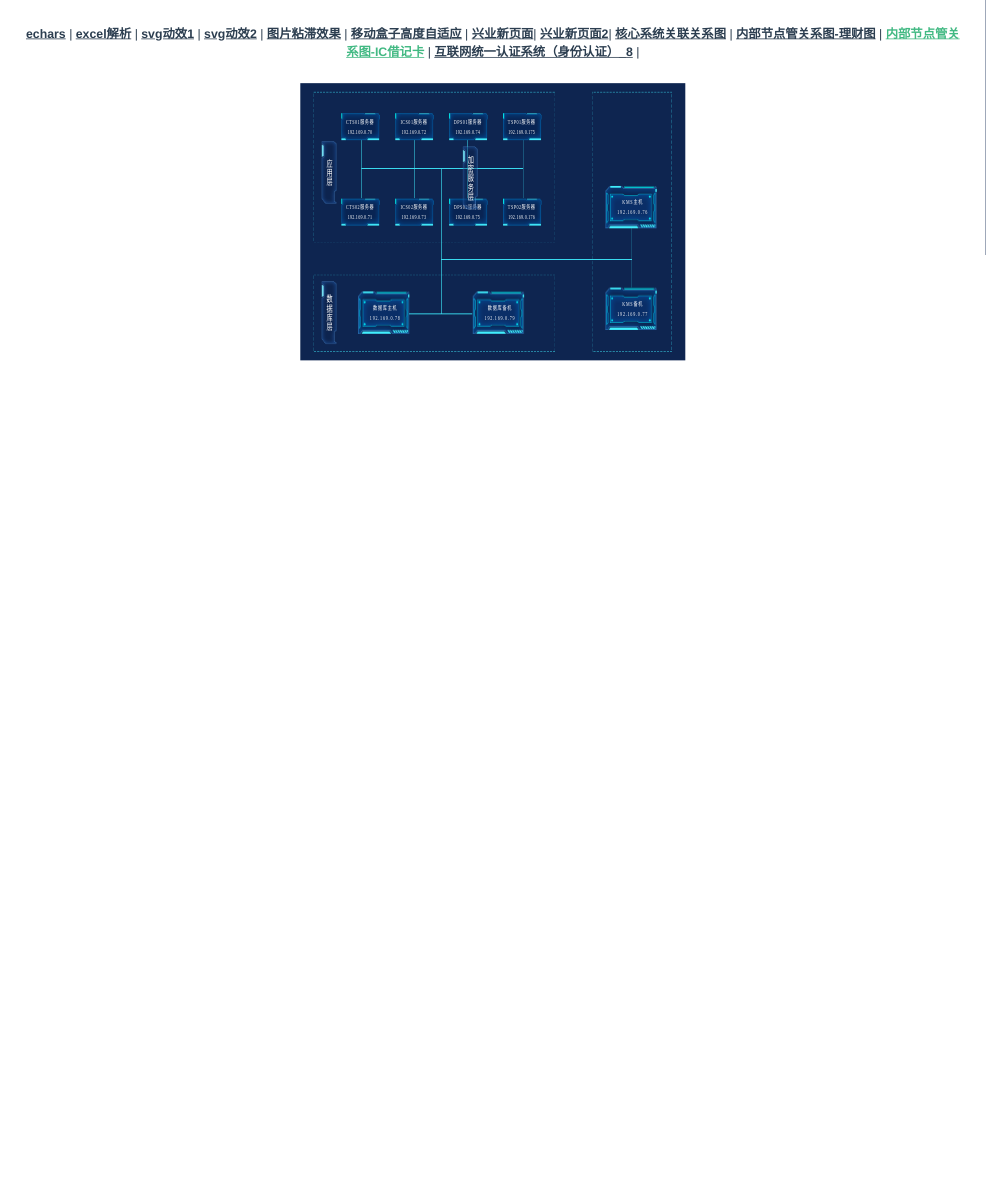
Repository: dmj199811/animation-dmj
Page: /#/work-page7
The author's editor kept a copy of each file at every save. The page is drawn from the files as they stood at one save, then again after the next save.
The browser window is 1280 px wide. The pictures show the whole page, at 77% of full size.
The project was rebuilt for these pictures with package versions that can differ from the ones it lists, and the page was loaded fresh each time.

Above is the page before, as saved 2020-07-05 14:33:27.

### src/App.vue
<template>
  <div id="app">
    <div id="nav"
         v-if="this.$store.state.pageShow">
      <router-link to="/">echars</router-link> |
      <router-link to="/xlsx-example">excel解析</router-link> |
      <router-link to="/svg-example1">svg动效1</router-link> |
      <router-link to="/svg-example2">svg动效2</router-link> |
      <router-link to="/work-message">图片粘滞效果</router-link> |
      <router-link to="/work-page2">移动盒子高度自适应</router-link> |
      <router-link to="/work-page3">兴业新页面</router-link>|
      <router-link to="/work-page4">兴业新页面2</router-link>|
      <router-link to="/work-page5">核心系统关联关系图</router-link> |
      <router-link to="/work-page6">内部节点管关系图-理财图</router-link> |
      <router-link to="/work-page7">内部节点管关系图-IC借记卡</router-link> |
      <router-link to="/work-page8">互联网统一认证系统（身份认证）_8</router-link> |
    </div>
    <router-view />
  </div>
</template>

<style lang="less">
body {
  margin: 0;
}
#app {
  font-family: Avenir, Helvetica, Arial, sans-serif;
  -webkit-font-smoothing: antialiased;
  -moz-osx-font-smoothing: grayscale;
  text-align: center;
  color: #2c3e50;
}

#nav {
  padding: 30px;

  a {
    font-weight: bold;
    color: #2c3e50;

    &.router-link-exact-active {
      color: #42b983;
    }
  }
}
</style>

### src/router/index.js
import Vue from 'vue'
import VueRouter from 'vue-router'

Vue.use(VueRouter)

const routes = [
  {
    path: '/',
    redirect: '/circle-echarts',
  },
  {
    path: '/circle-echarts',
    name: 'ani2',
    component: () => import('../views/circle-echarts/index.vue')
  },
  {
    path: '/xlsx-example',
    name: 'xlsx1',
    component: () => import('../views/xlsx1/index.vue')
  },
  {
    path: '/svg-example1',
    name: 'svg1',
    component: () => import('../views/svg1/index.vue')
  },
  {
    path: '/svg-example2',
    name: 'svg2',
    component: () => import('../views/svg2/index.vue')
  },
  {
    path: '/work-message',
    name: 'message1',
    component: () => import('../views/work/message/index.vue')
  },
  {
    path: '/work-page2',
    name: 'show1',
    component: () => import('../views/work/show1/index.vue')
  },
  {
    path: '/work-page3',
    name: 'show2',
    component: () => import('../views/newPage/index.vue')
  },
  {
    path: '/work-page4',
    name: 'show2',
    component: () => import('../views/newPage2/index.vue')
  },
  {
    path: '/work-page5',
    name: 'show3',
    component: () => import('../views/newPage3/index.vue')
  },
  {
    path: '/work-page6',
    name: 'show4',
    component: () => import('../views/newPage4/index.vue')
  },
  {
    path: '/work-page7',
    name: 'show5',
    component: () => import('../views/newPage5/index.vue')
  },
  {
    path: '/work-page8',
    name: 'show6',
    component: () => import('../views/newPage6/index.vue')
  },
]

const router = new VueRouter({
  routes
})

export default router

### src/views/newPage5/index.vue
<template>
  <div class="box">
    <div class="use-box">
      <div class="use-box-bg">


        <div class="deal-server pos1">
            <div class="deal-server-item">
              <div>CTS01服务器</div>
              <div>192.169.0.70</div>
            </div>
        </div>
        <div class="deal-server pos2">
          <div class="deal-server-item">
            <div>CTS02服务器</div>
            <div>192.169.0.71</div>
          </div>
        </div>
        <div class="deal-server pos3">
            <div class="deal-server-item">
              <div>ICS01服务器</div>
              <div>192.169.0.72</div>
            </div>
          </div>
        <div class="deal-server pos4">
            <div class="deal-server-item">
              <div>ICS02服务器</div>
              <div>192.169.0.73</div>
            </div>
          </div>
        <div class="deal-server pos5">
            <div class="deal-server-item">
              <div>DPS01服务器</div>
              <div>192.169.0.74</div>
            </div>
        </div>
        <div class="deal-server pos6">
            <div class="deal-server-item">
              <div>DPS02服务器</div>
              <div>192.169.0.75</div>
            </div>
        </div>
        <div class="deal-server pos7">
            <div class="deal-server-item">
              <div>TSP01服务器</div>
              <div>192.169.0.175</div>
            </div>
        </div>
        <div class="deal-server pos8">
            <div class="deal-server-item">
              <div>TSP02服务器</div>
              <div>192.169.0.176</div>
            </div>
        </div>

        <!-- 数据库主机 -->
        <div class="db-device">
          <div class="batch batch-pos1">
            <div class="batch-item ">
              <div>数据库主机</div>
              <div>192.169.0.78</div>
            </div>
          </div>
          <div class="batch batch-pos2">
            <div class="batch-item ">
              <div>数据库备机</div>
              <div>192.169.0.79</div>
            </div>
          </div>
          <div class="batch batch-pos3">
            <div class="batch-item ">
              <div>KMS主机</div>
              <div>192.169.0.76</div>
            </div>
          </div>
          <div class="batch batch-pos4">
            <div class="batch-item ">
              <div>KMS备机</div>
              <div>192.169.0.77</div>
            </div>
          </div>
        </div>

        <!-- 层 -->
        <div class="layer-all">
          <div class="layer layer-pos1">
            <div class="layer-item">
              <div>应用层</div>
            </div>
          </div>
          <div class="layer layer-pos2">
            <div class="layer-item">
              <div>数据库层</div>
            </div>
          </div>
          <div class="layer layer-pos3">
            <div class="layer-item">
              <div>加密服务层</div>
            </div>
          </div>
        </div>

      </div>
    </div>
  </div>
</template>
<script>
export default {
  data () {
    return {}
  },
  mounted () {
    this.fullScreen()
    let a = {
      'ATM系统': 'N',
      '网上银行域': 'E',
      'IC借记卡系统': 'N',
      'CFP系统': 'W',
      '电话银行域': 'E',
      '金卡系统': 'N',
      '零售信贷系统': 'W',
      '联机交易转发平台': 'N',
      '核心联机交易平台': 'E',
      'OFEP': 'W',
      '会计辅助管理系统': 'W',
      '业务策略管控平台': 'E',
      '历史检索系统': 'N',
      '企业数据集成平台': 'N',
      '银联数据综合前置系统': 'E',
      '理财卡外包制卡系统': 'W',
      '数据仓库系统': 'E',
      '统一报表系统': 'W',
      '企业CRM系统': 'N'
    }

    this.dataToArray(a)
    window.onresize = () => {
      this.fullScreen()
    }
  },
  methods: {
    fullScreen () {
      $('.box').css('transform', `scale(${document.documentElement.clientWidth / 3840},${document.documentElement.clientHeight / 1440})`)
    },
    dataToArray (data) {

    }
  }
}
</script>
<style lang="less" scoped>
.box {
  text-align: left;
  transform-origin: 0 0;
  width: 3840px;
  height: 1440px;
}
.use-box {
  font-size: 18px;
  width: 1500px;
  box-sizing: border-box;
  height: 720px;
  background: #0e2550;
  margin: 0 auto;
  color: white;
}
.use-box div {
  box-sizing: border-box;
}

.use-box-bg {
  width:  100%;
  height: 100%;
  background-image: url(./img/bg-line1.png);
  background-size: 100% 100%;
  position: relative;
}
.deal-server {
  width:  150px;
  height: 70px;
  background-image: url(./img/leftBlue.png);
  background-size: 100% 100%;
  overflow: hidden;


}

.deal-server-item {
  // width:192px;
  // height:60px;
  font-size:16px;
  font-family:Adobe Heiti Std;
  font-weight:normal;
  color:rgba(255,255,255,1);
  line-height:25px;
  letter-spacing: 2px;
  text-align: center;
  margin-top: 10px;
  margin-left: -5px;
}

.deal-server-item > div:nth-child(2) {
  letter-spacing: 1px;
}
.pos1 {
  position: absolute;
  top: 78px;
  left: 160px;
}
.pos2 {
  position: absolute;
  top: 300px;
  left: 160px;
}
.pos3 {
  position: absolute;
  top: 78px;
  left: 370px;
}
.pos4 {
  position: absolute;
  top: 300px;
  left: 370px;
}
.pos5 {
  position: absolute;
  top: 78px;
  left: 580px;
}
.pos6 {
  position: absolute;
  top: 300px;
  left: 580px;
}
.pos7 {
  position: absolute;
  top: 78px;
  left: 790px;
}
.pos8 {
  position: absolute;
  top: 300px;
  left: 790px;
}

.batch {
  width:  200px;
  height: 110px;
  background-image: url(./img/rightBlue.png);
  background-size: 100% 100%;
  overflow: hidden;
}

.batch-item {
  width:192px;
  height:60px;
  font-size:16px;
  font-family:Adobe Heiti Std;
  font-weight:normal;
  color:rgba(255,255,255,1);
  line-height:25px;
  letter-spacing: 3px;
  text-align: center;
  margin-top: 30px;
  margin-left: 10px;
}

.batch-pos1 {
  position: absolute;
  top: 541px;
  left: 225px;
}
.batch-pos2 {
  position: absolute;
  top: 541px;
  left: 672px;
}
.batch-pos3 {
  position: absolute;
  top: 267px;
  left: 1189px;
}
.batch-pos4 {
  position: absolute;
  top: 531px;
  left: 1189px;
}

.layer {
  background-image: url(./img/side-blue.png);
  background-size: 100% 100%;
  width: 64px;
  height: 168px;
  display: flex;
  text-align: center;
}
.layer-item {
  line-height: 24px;
  font-size:24px;
  writing-mode: vertical-lr;/*从左向右 从右向左是 writing-mode: vertical-rl;*/
  writing-mode: tb-lr;/*IE浏览器的从左向右 从右向左是 writing-mode: tb-rl；*/
  margin-left: 20px;
}
.layer-pos1 {
  position: absolute;
  top: 148px;
  left: 80px;
}
.layer-pos2 {
  position: absolute;
  top: 512px;
  left: 80px;
}
.layer-pos3 {
  position: absolute;
  top: 162px;
  left: 630px;
}


</style>

Loaded but not shown: public/index.html (common file); src/main.js (common file); src/store/index.js (common file)

After the next save:
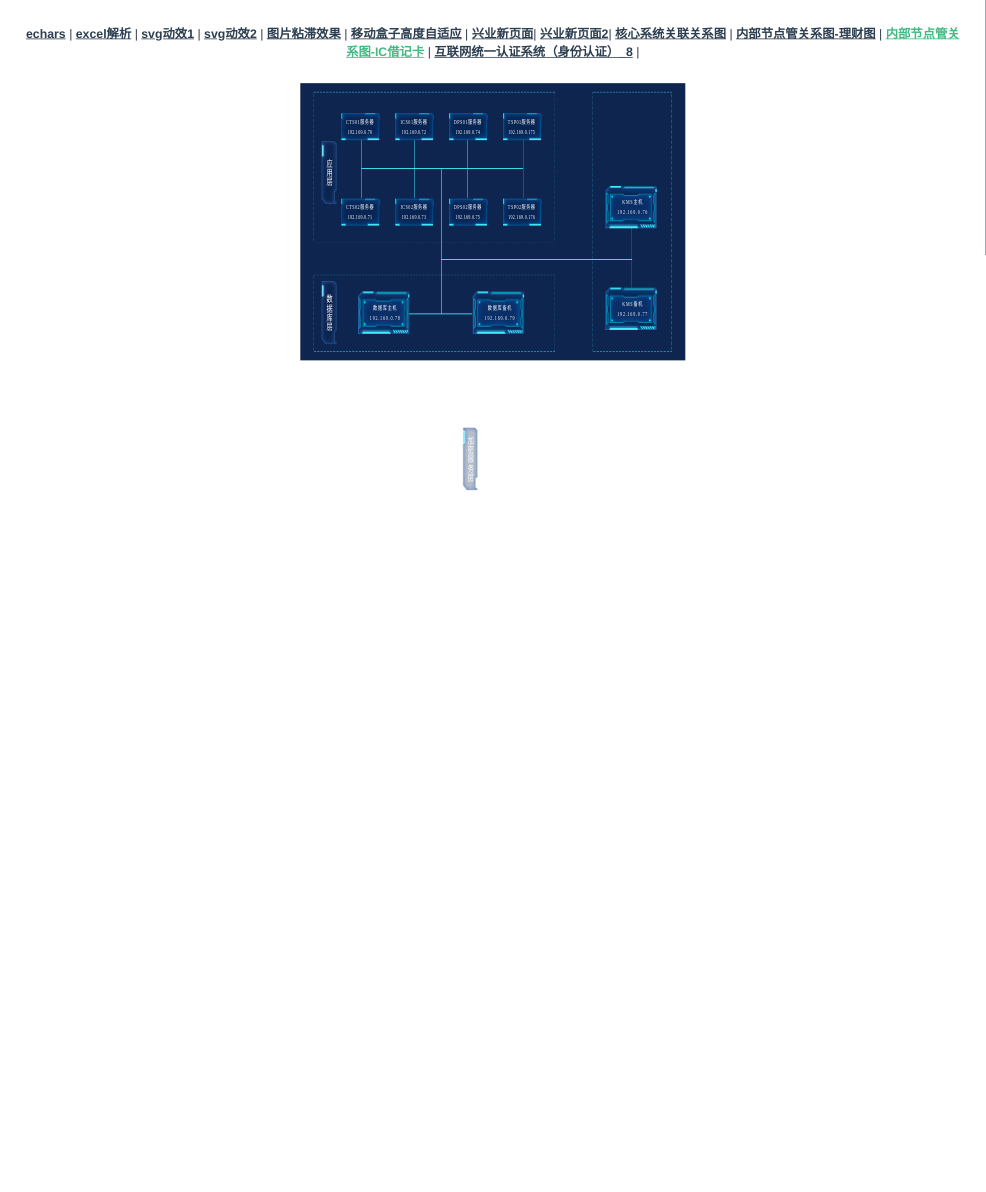
Saved 6 s later.
--- a/src/views/newPage5/index.vue
+++ b/src/views/newPage5/index.vue
@@ -313,7 +313,7 @@ export default {
 }
 .layer-pos3 {
   position: absolute;
-  top: 162px;
+  top: 892px;
   left: 630px;
 }
 
